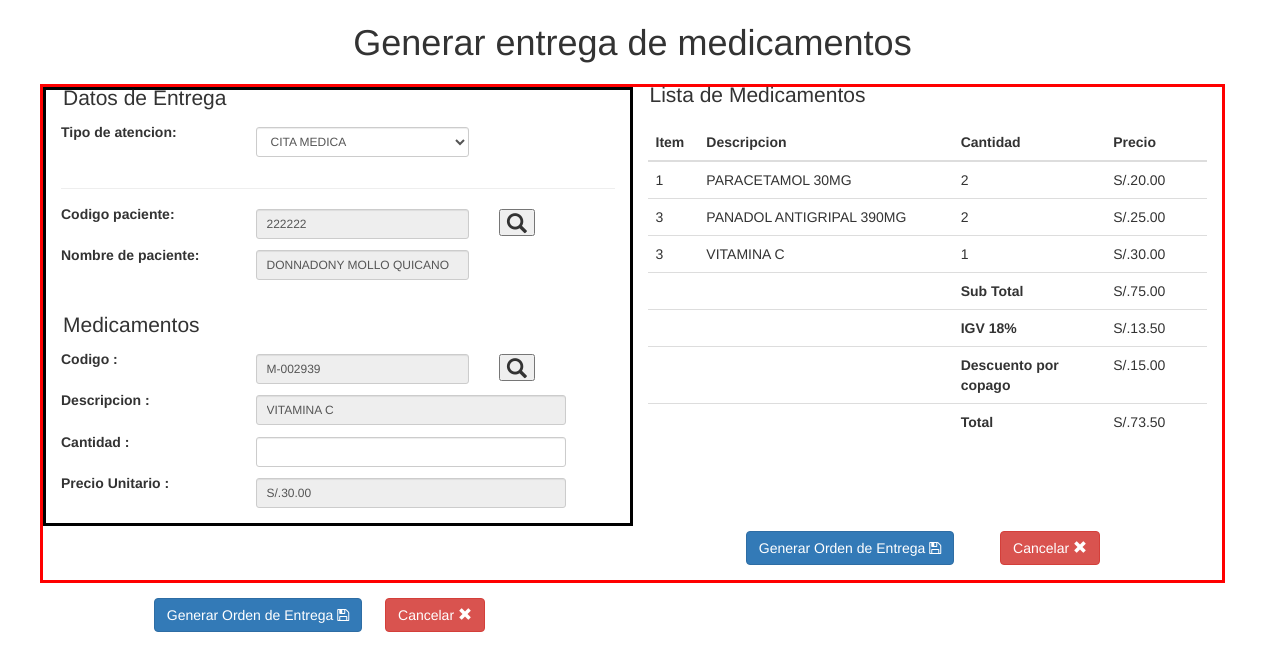
Repository: Donyx10/ADSII-ProyectoClinica
Page: http://localhost/AvanceWeb/GenerarOrdenDeEntregaDeMedicamentos2.jsp
An editor plug-in stored every save of this project. The page is shown before and after the next save, followed by the edit.
The browser window is 1280 px wide. The pictures show the whole page.
Some web fonts or font styles are not loaded; a fallback is used. The page is served by Tomcat 9.

Above is the page before, as saved 2018-06-07 16:38:33.

After the next save:
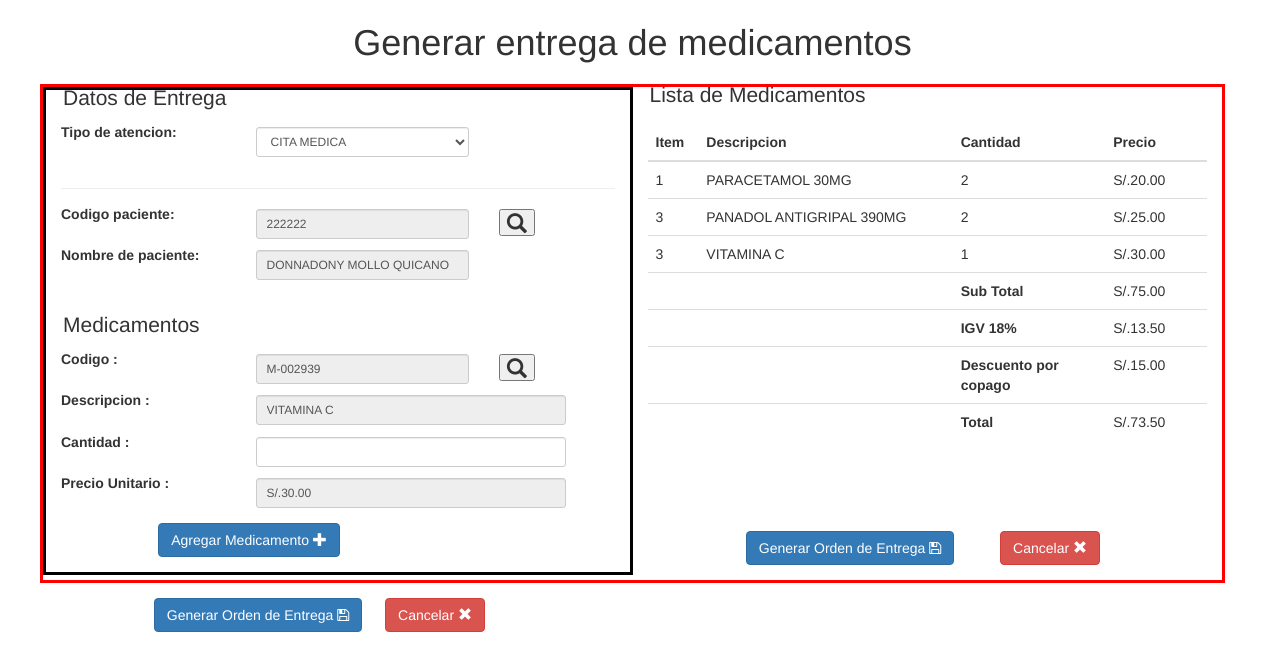
Saved 72 s later.
--- a/WebDemo/AvanceWeb/WebContent/GenerarOrdenDeEntregaDeMedicamentos2.jsp
+++ b/WebDemo/AvanceWeb/WebContent/GenerarOrdenDeEntregaDeMedicamentos2.jsp
@@ -159,6 +159,22 @@
 							</div>
 						</div>
 					</div>
+					<div class="form-group row" align="center" id="paciente">
+						<div class="col-md-12">
+							<div class="row">
+								<div class="col-md-2"></div>
+								<div class="col-md-4">
+									<button type="submit" class="btn btn-primary">
+										Agregar Medicamento <i class="glyphicon glyphicon-plus"></i>
+									</button>
+								</div>
+								<div class="col-md-1"></div>
+								<div class="col-md-3">
+
+								</div>
+							</div>
+						</div>
+					</div>
 
 
 				</div>
